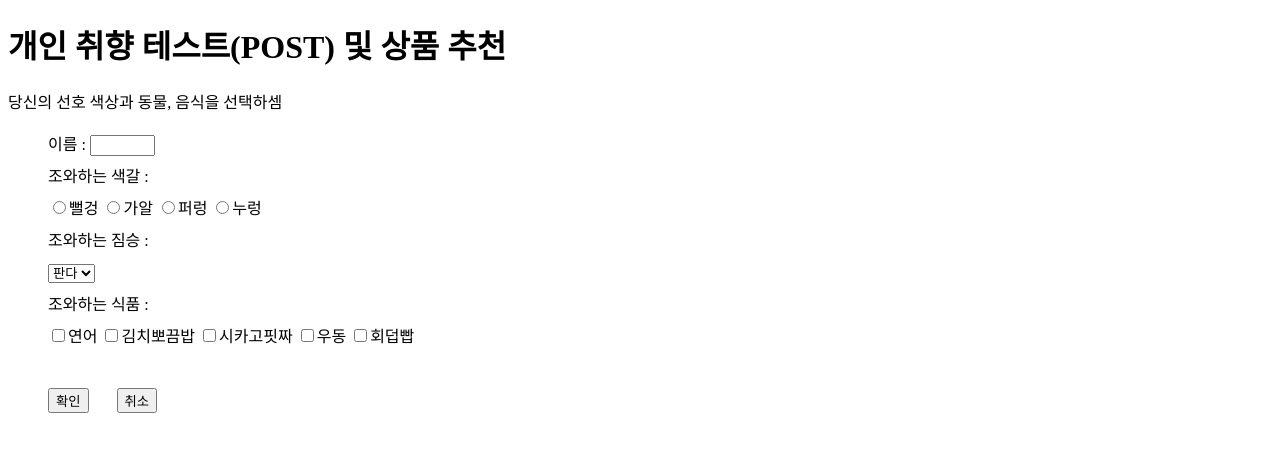
Repository: steeveelee2/WEB_Study
Page: webWorkspace/servlet2Project/web/views/testPerson4.html
An editor plug-in stored every save of this project. The page is shown before and after the next save, followed by the edit.
The browser window is 1280 px wide. The pictures show the whole page.

Above is the page before, as saved 2018-10-11 05:31:15.

### webWorkspace/servlet2Project/web/views/testPerson4.html
<!DOCTYPE html>
<html>
<head>
<meta charset="UTF-8">
<title>개인 취향 테스트(POST) 및 상품 추천</title>
</head>
<body>
	<h1>개인 취향 테스트(POST) 및 상품 추천</h1>
	<p>당신의 선호 색상과 동물, 음식을 선택하셈</p>

	<form action="/sp2/testPerson3.biz" method="post">
		<ul style="list-style:none; line-height:200%;">
			<li>이름 : <input type="text" name="name" size="5"/></li>
			<li>조와하는 색갈 : <br>
				<input type="radio" name="color" id="red" value="뻘겅"/>뻘겅
				<input type="radio" name="color" id="brown" value="가알"/>가알
				<input type="radio" name="color" id="blue" value="퍼렁"/>퍼렁
				<input type="radio" name="color" id="yellow" value="누렁"/>누렁
			</li>
			<li>조와하는 짐승 : <br>
				<select name="animal">
					<option value="판다">판다</option>
					<option value="껄룩">껄룩</option>
					<option value="맹금">맹금</option>
					<option value="댕댕">댕댕</option>
				</select>
			</li>
			<li>조와하는 식품 : <br>
				<input type="checkbox" name="food" id="food1" value="연어"/>연어
				<input type="checkbox" name="food" id="food2" value="김치뽀끔밥"/>김치뽀끔밥
				<input type="checkbox" name="food" id="food3" value="시카고핏짜"/>시카고핏짜
				<input type="checkbox" name="food" id="food4" value="우동"/>우동
				<input type="checkbox" name="food" id="food5" value="회덥빱"/>회덥빱
			</li>
			<li>
				<br>
				<input type="submit" value="확인"/> &nbsp;&nbsp;&nbsp;&nbsp;&nbsp;
				<input type="reset" value="취소"/>
			</li>
		</ul>
	</form>
</body>
</html>

After the next save:
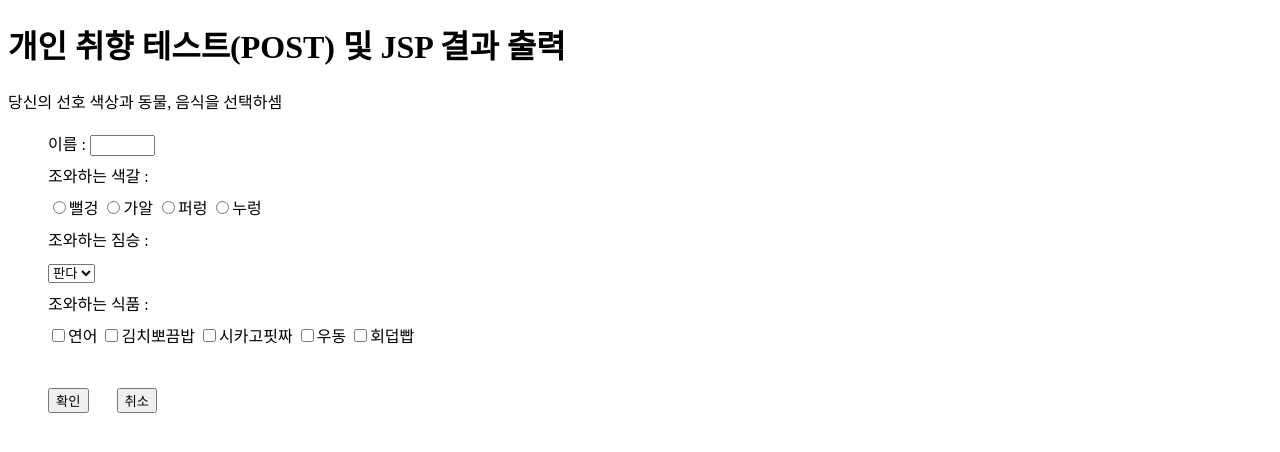
Saved 33 s later.
--- a/webWorkspace/servlet2Project/web/views/testPerson4.html
+++ b/webWorkspace/servlet2Project/web/views/testPerson4.html
@@ -2,13 +2,13 @@
 <html>
 <head>
 <meta charset="UTF-8">
-<title>개인 취향 테스트(POST) 및 상품 추천</title>
+<title>개인 취향 테스트(POST) 및 JSP 결과 출력</title>
 </head>
 <body>
-	<h1>개인 취향 테스트(POST) 및 상품 추천</h1>
+	<h1>개인 취향 테스트(POST) 및 JSP 결과 출력</h1>
 	<p>당신의 선호 색상과 동물, 음식을 선택하셈</p>
 
-	<form action="/sp2/testPerson3.biz" method="post">
+	<form action="/sp2/testPerson4.biz" method="post">
 		<ul style="list-style:none; line-height:200%;">
 			<li>이름 : <input type="text" name="name" size="5"/></li>
 			<li>조와하는 색갈 : <br>
